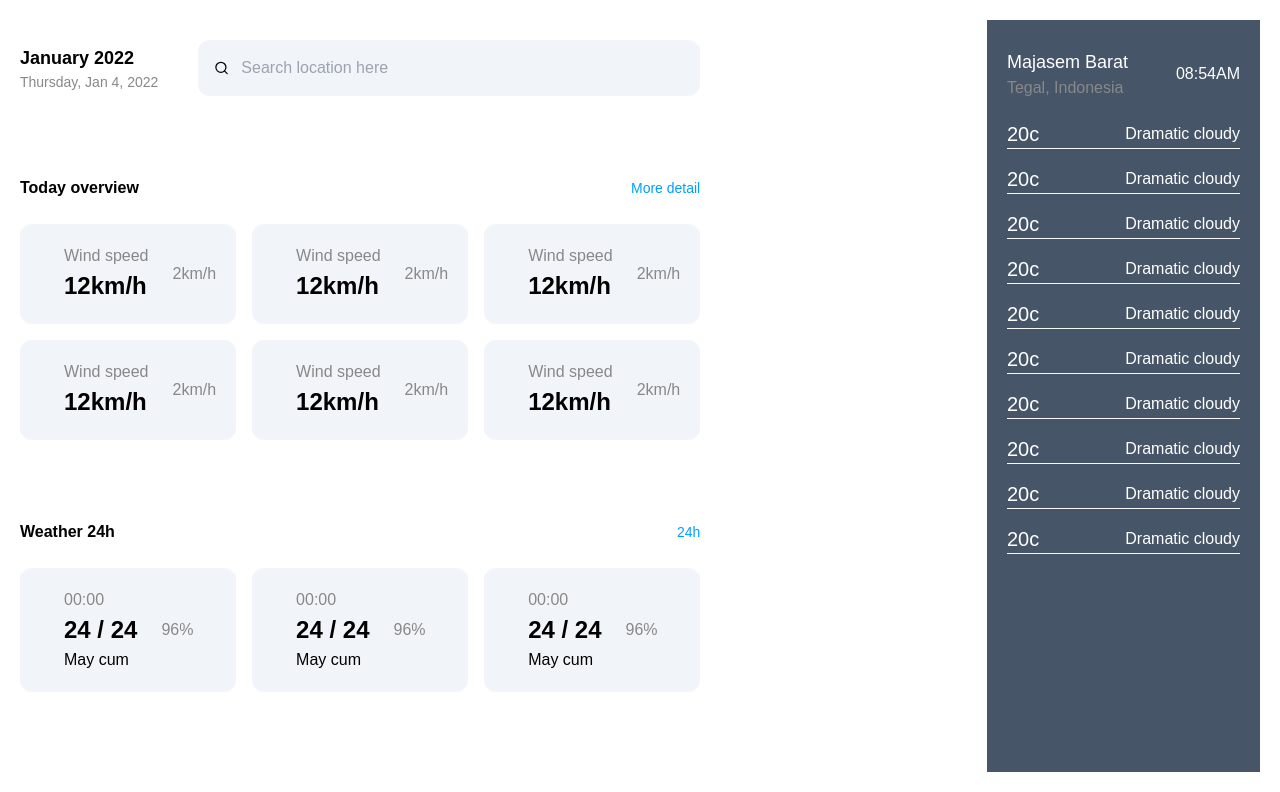
Repository: theweirdboiz/datawarehouse-ui
Page: /
An editor plug-in stored every save of this project. The page is shown before and after the next save, followed by the edit.
The browser window is 1280 px wide. The pictures show the whole page.
The project was rebuilt for these pictures with package versions that can differ from the ones it lists, and the page was loaded fresh each time. Also part of the build but not shown: vite.config.js.

Above is the page before, as saved 2022-11-23 19:34:42.

### index.html
<!DOCTYPE html>
<html lang="en">
  <head>
    <meta charset="UTF-8" />
    <link rel="icon" type="image/svg+xml" href="/vite.svg" />
    <meta name="viewport" content="width=device-width, initial-scale=1.0" />
    <title>Weather - Datawarehouse</title>
  </head>
  <body>
    <div id="root"></div>
    <script type="module" src="/src/main.jsx"></script>
  </body>
</html>

### src/App.jsx
import { useState } from "react";
import { FiSearch } from "react-icons/fi";

function App() {
  const date = "font-[900] text-lg";
  const detailDate = "text-sm text-[#888]";

  const contentTop = "mt-[20px] flex items-center gap-x-10 mb-20";
  const contentSearch =
    "content__search p-4 flex items-center gap-x-3 flex-1 rounded-xl bg-slate-100";

  return (
    <div className="p-5 mx-auto max-w-7xl">
      <div className="flex justify-between">
        <section className="content max-w-3xl">
          <div className={contentTop}>
            <div className="flex-col">
              <h3 className={date}>January 2022</h3>
              <div className={detailDate}>Thursday, Jan 4, 2022</div>
            </div>
            <div className={contentSearch}>
              <FiSearch />
              <input
                className="w-full bg-transparent"
                type="text"
                placeholder="Search location here"
              />
            </div>
          </div>
          <div className="content__detail mb-20">
            <div className="flex items-center justify-between">
              <h4 className="font-semibold">Today overview</h4>
              <div className="">
                <button className="text-sm font-medium text-[#009EFF]">
                  More detail
                </button>
              </div>
            </div>
            <div>
              <div className="content__detail-box grid grid-cols-3 gap-4 mt-6">
                <div className="content__detail-item p-5 flex items-center gap-x-6 bg-slate-100 rounded-xl">
                  <i></i>
                  <div className="speed flex flex-col">
                    <h4 className="text-[#888]">Wind speed</h4>
                    <span className="text-[24px] font-semibold">12km/h</span>
                  </div>
                  <span className="text-[#888]">2km/h</span>
                </div>
                <div className="content__detail-item p-5 flex items-center gap-x-6 bg-slate-100 rounded-xl">
                  <i></i>
                  <div className="speed flex flex-col">
                    <h4 className="text-[#888]">Wind speed</h4>
                    <span className="text-[24px] font-semibold">12km/h</span>
                  </div>
                  <span className="text-[#888]">2km/h</span>
                </div>
                <div className="content__detail-item p-5 flex items-center gap-x-6 bg-slate-100 rounded-xl">
                  <i></i>
                  <div className="speed flex flex-col">
                    <h4 className="text-[#888]">Wind speed</h4>
                    <span className="text-[24px] font-semibold">12km/h</span>
                  </div>
                  <span className="text-[#888]">2km/h</span>
                </div>
                <div className="content__detail-item p-5 flex items-center gap-x-6 bg-slate-100 rounded-xl">
                  <i></i>
                  <div className="speed flex flex-col">
                    <h4 className="text-[#888]">Wind speed</h4>
                    <span className="text-[24px] font-semibold">12km/h</span>
                  </div>
                  <span className="text-[#888]">2km/h</span>
                </div>
                <div className="content__detail-item p-5 flex items-center gap-x-6 bg-slate-100 rounded-xl">
                  <i></i>
                  <div className="speed flex flex-col">
                    <h4 className="text-[#888]">Wind speed</h4>
                    <span className="text-[24px] font-semibold">12km/h</span>
                  </div>
                  <span className="text-[#888]">2km/h</span>
                </div>
                <div className="content__detail-item p-5 flex items-center gap-x-6 bg-slate-100 rounded-xl">
                  <i></i>
                  <div className="speed flex flex-col">
                    <h4 className="text-[#888]">Wind speed</h4>
                    <span className="text-[24px] font-semibold">12km/h</span>
                  </div>
                  <span className="text-[#888]">2km/h</span>
                </div>
              </div>
            </div>
          </div>
          <div className="content__detail mb-20">
            <div className="flex items-center justify-between">
              <h4 className="font-semibold">Weather 24h</h4>
              <div className="">
                <button className="text-sm font-medium text-[#009EFF]">
                  24h
                </button>
              </div>
            </div>
            <div>
              <div className="content__detail-box grid grid-cols-3 gap-4 mt-6">
                <div className="content__detail-item p-5 flex items-center gap-x-6 bg-slate-100 rounded-xl">
                  <i></i>
                  <div className="speed flex flex-col">
                    <h4 className="text-[#888]">00:00</h4>
                    <span className="text-[24px] font-semibold">24 / 24</span>
                    <span>May cum</span>
                  </div>
                  <span className="text-[#888]">96%</span>
                </div>
                <div className="content__detail-item p-5 flex items-center gap-x-6 bg-slate-100 rounded-xl">
                  <i></i>
                  <div className="speed flex flex-col">
                    <h4 className="text-[#888]">00:00</h4>
                    <span className="text-[24px] font-semibold">24 / 24</span>
                    <span>May cum</span>
                  </div>
                  <span className="text-[#888]">96%</span>
                </div>
                <div className="content__detail-item p-5 flex items-center gap-x-6 bg-slate-100 rounded-xl">
                  <i></i>
                  <div className="speed flex flex-col">
                    <h4 className="text-[#888]">00:00</h4>
                    <span className="text-[24px] font-semibold">24 / 24</span>
                    <span>May cum</span>
                  </div>
                  <span className="text-[#888]">96%</span>
                </div>
              </div>
            </div>
          </div>
        </section>
        <section className="content__right text-white">
          <div className="bg-slate-600 p-5 h-full">
            <div className="flex items-center gap-x-12 justify-between mt-2 mb-5 ">
              <div className="flex flex-col">
                <h3 className="text-lg">Majasem Barat</h3>
                <span className="text-[#888]">Tegal, Indonesia</span>
              </div>
              <h4>08:54AM</h4>
            </div>
            <div className="mt-1 mb-4 flex justify-between items-center border-b-[1px] border-[#f8f8f8]">
              <div className="">
                <h2 className="text-xl">20c</h2>
              </div>
              <h3>Dramatic cloudy</h3>
            </div>
            <div className="mt-1 mb-4 flex justify-between items-center border-b-[1px] border-[#f8f8f8]">
              <div className="">
                <h2 className="text-xl">20c</h2>
              </div>
              <h3>Dramatic cloudy</h3>
            </div>
            <div className="mt-1 mb-4 flex justify-between items-center border-b-[1px] border-[#f8f8f8]">
              <div className="">
                <h2 className="text-xl">20c</h2>
              </div>
              <h3>Dramatic cloudy</h3>
            </div>
            <div className="mt-1 mb-4 flex justify-between items-center border-b-[1px] border-[#f8f8f8]">
              <div className="">
                <h2 className="text-xl">20c</h2>
              </div>
              <h3>Dramatic cloudy</h3>
            </div>
            <div className="mt-1 mb-4 flex justify-between items-center border-b-[1px] border-[#f8f8f8]">
              <div className="">
                <h2 className="text-xl">20c</h2>
              </div>
              <h3>Dramatic cloudy</h3>
            </div>
            <div className="mt-1 mb-4 flex justify-between items-center border-b-[1px] border-[#f8f8f8]">
              <div className="">
                <h2 className="text-xl">20c</h2>
              </div>
              <h3>Dramatic cloudy</h3>
            </div>
            <div className="mt-1 mb-4 flex justify-between items-center border-b-[1px] border-[#f8f8f8]">
              <div className="">
                <h2 className="text-xl">20c</h2>
              </div>
              <h3>Dramatic cloudy</h3>
            </div>
            <div className="mt-1 mb-4 flex justify-between items-center border-b-[1px] border-[#f8f8f8]">
              <div className="">
                <h2 className="text-xl">20c</h2>
              </div>
              <h3>Dramatic cloudy</h3>
            </div>
            <div className="mt-1 mb-4 flex justify-between items-center border-b-[1px] border-[#f8f8f8]">
              <div className="">
                <h2 className="text-xl">20c</h2>
              </div>
              <h3>Dramatic cloudy</h3>
            </div>
            <div className="mt-1 mb-4 flex justify-between items-center border-b-[1px] border-[#f8f8f8]">
              <div className="">
                <h2 className="text-xl">20c</h2>
              </div>
              <h3>Dramatic cloudy</h3>
            </div>
          </div>
        </section>
      </div>
    </div>
  );
}

export default App;

### src/index.scss
@tailwind base;
@tailwind components;
@tailwind utilities;

@layer base {
  @import url("https://fonts.googleapis.com/css2?family=Poppins:wght@300;500;600;900&display=swap");

  *,
  *::before,
  *::after {
    box-sizing: border-box;
  }
  * {
    margin: 0;
    padding: 0;
  }
  body {
    line-height: 1.5;
    font-family: "Poppins", sans-serif;
  }
  img,
  picture,
  video,
  canvas,
  svg {
    display: block;
    max-width: 100%;
  }
  input,
  button,
  textarea,
  select {
    outline: none;
  }
  p,
  h1,
  h2,
  h3,
  h4,
  h5,
  h6 {
    overflow-wrap: break-word;
  }
}

Loaded but not shown: src/main.jsx (common file); tailwind.config.cjs (common file)

After the next save:
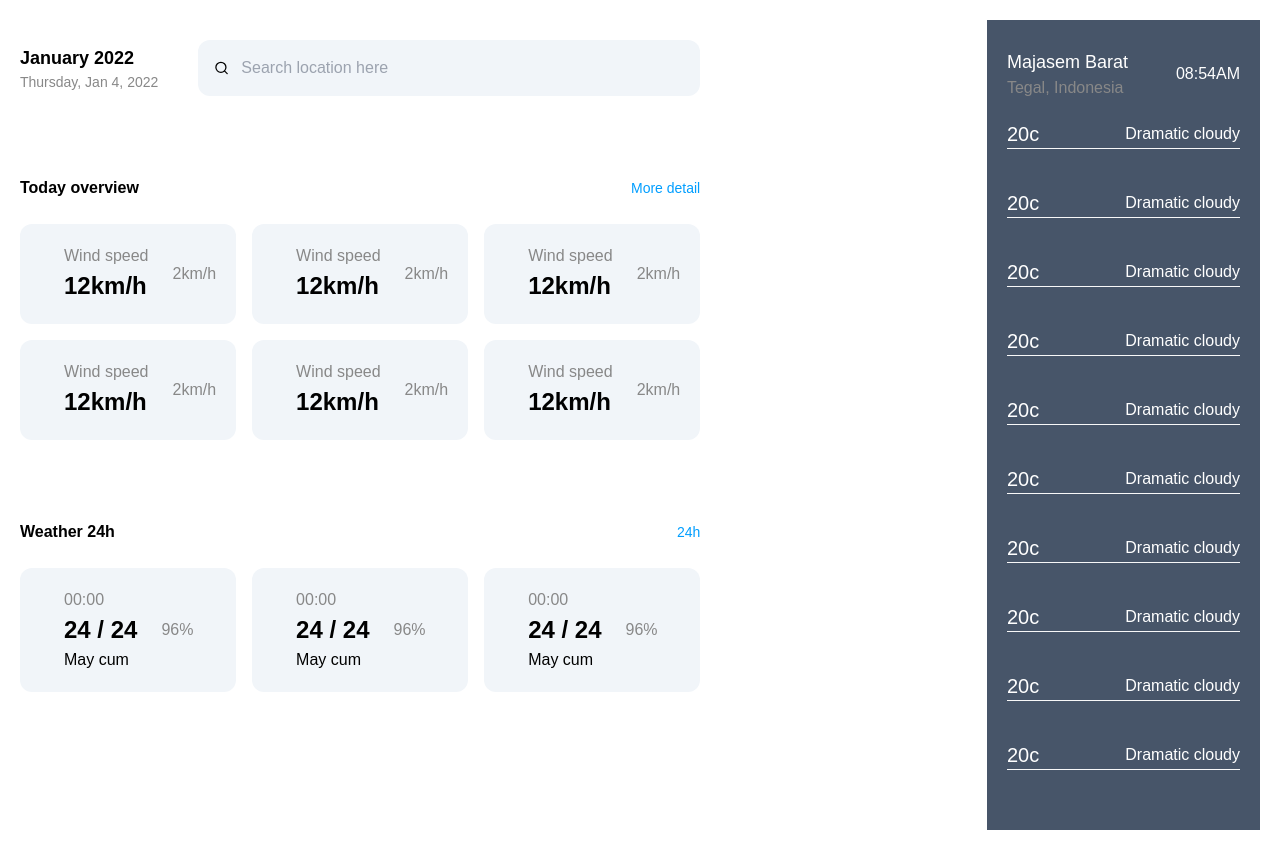
Saved 9 s later.
--- a/src/App.jsx
+++ b/src/App.jsx
@@ -140,61 +140,61 @@ function App() {
               </div>
               <h4>08:54AM</h4>
             </div>
-            <div className="mt-1 mb-4 flex justify-between items-center border-b-[1px] border-[#f8f8f8]">
-              <div className="">
-                <h2 className="text-xl">20c</h2>
-              </div>
-              <h3>Dramatic cloudy</h3>
-            </div>
-            <div className="mt-1 mb-4 flex justify-between items-center border-b-[1px] border-[#f8f8f8]">
-              <div className="">
-                <h2 className="text-xl">20c</h2>
-              </div>
-              <h3>Dramatic cloudy</h3>
-            </div>
-            <div className="mt-1 mb-4 flex justify-between items-center border-b-[1px] border-[#f8f8f8]">
-              <div className="">
-                <h2 className="text-xl">20c</h2>
-              </div>
-              <h3>Dramatic cloudy</h3>
-            </div>
-            <div className="mt-1 mb-4 flex justify-between items-center border-b-[1px] border-[#f8f8f8]">
-              <div className="">
-                <h2 className="text-xl">20c</h2>
-              </div>
-              <h3>Dramatic cloudy</h3>
-            </div>
-            <div className="mt-1 mb-4 flex justify-between items-center border-b-[1px] border-[#f8f8f8]">
-              <div className="">
-                <h2 className="text-xl">20c</h2>
-              </div>
-              <h3>Dramatic cloudy</h3>
-            </div>
-            <div className="mt-1 mb-4 flex justify-between items-center border-b-[1px] border-[#f8f8f8]">
-              <div className="">
-                <h2 className="text-xl">20c</h2>
-              </div>
-              <h3>Dramatic cloudy</h3>
-            </div>
-            <div className="mt-1 mb-4 flex justify-between items-center border-b-[1px] border-[#f8f8f8]">
-              <div className="">
-                <h2 className="text-xl">20c</h2>
-              </div>
-              <h3>Dramatic cloudy</h3>
-            </div>
-            <div className="mt-1 mb-4 flex justify-between items-center border-b-[1px] border-[#f8f8f8]">
-              <div className="">
-                <h2 className="text-xl">20c</h2>
-              </div>
-              <h3>Dramatic cloudy</h3>
-            </div>
-            <div className="mt-1 mb-4 flex justify-between items-center border-b-[1px] border-[#f8f8f8]">
-              <div className="">
-                <h2 className="text-xl">20c</h2>
-              </div>
-              <h3>Dramatic cloudy</h3>
-            </div>
-            <div className="mt-1 mb-4 flex justify-between items-center border-b-[1px] border-[#f8f8f8]">
+            <div className="mt-1 mb-10 flex justify-between items-center border-b-[1px] border-[#f8f8f8]">
+              <div className="">
+                <h2 className="text-xl">20c</h2>
+              </div>
+              <h3>Dramatic cloudy</h3>
+            </div>
+            <div className="mt-1 mb-10 flex justify-between items-center border-b-[1px] border-[#f8f8f8]">
+              <div className="">
+                <h2 className="text-xl">20c</h2>
+              </div>
+              <h3>Dramatic cloudy</h3>
+            </div>
+            <div className="mt-1 mb-10 flex justify-between items-center border-b-[1px] border-[#f8f8f8]">
+              <div className="">
+                <h2 className="text-xl">20c</h2>
+              </div>
+              <h3>Dramatic cloudy</h3>
+            </div>
+            <div className="mt-1 mb-10 flex justify-between items-center border-b-[1px] border-[#f8f8f8]">
+              <div className="">
+                <h2 className="text-xl">20c</h2>
+              </div>
+              <h3>Dramatic cloudy</h3>
+            </div>
+            <div className="mt-1 mb-10 flex justify-between items-center border-b-[1px] border-[#f8f8f8]">
+              <div className="">
+                <h2 className="text-xl">20c</h2>
+              </div>
+              <h3>Dramatic cloudy</h3>
+            </div>
+            <div className="mt-1 mb-10 flex justify-between items-center border-b-[1px] border-[#f8f8f8]">
+              <div className="">
+                <h2 className="text-xl">20c</h2>
+              </div>
+              <h3>Dramatic cloudy</h3>
+            </div>
+            <div className="mt-1 mb-10 flex justify-between items-center border-b-[1px] border-[#f8f8f8]">
+              <div className="">
+                <h2 className="text-xl">20c</h2>
+              </div>
+              <h3>Dramatic cloudy</h3>
+            </div>
+            <div className="mt-1 mb-10 flex justify-between items-center border-b-[1px] border-[#f8f8f8]">
+              <div className="">
+                <h2 className="text-xl">20c</h2>
+              </div>
+              <h3>Dramatic cloudy</h3>
+            </div>
+            <div className="mt-1 mb-10 flex justify-between items-center border-b-[1px] border-[#f8f8f8]">
+              <div className="">
+                <h2 className="text-xl">20c</h2>
+              </div>
+              <h3>Dramatic cloudy</h3>
+            </div>
+            <div className="mt-1 mb-10 flex justify-between items-center border-b-[1px] border-[#f8f8f8]">
               <div className="">
                 <h2 className="text-xl">20c</h2>
               </div>
